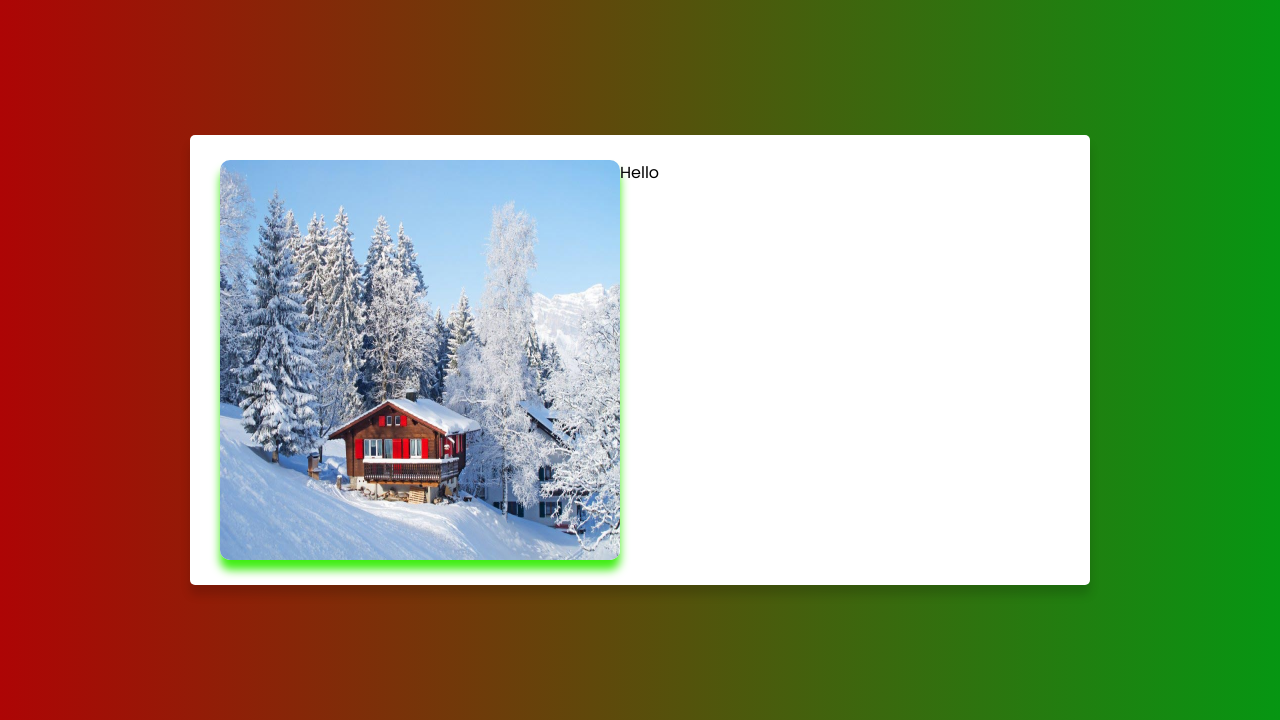
Repository: dev-ashik/Halloween
Page: Reg Page/Index.html
These files come from the project's save history. The page is drawn as it stood at one moment and after the next save; the edit follows.
The browser window is 1280 px wide. The pictures show the whole page.

Above is the page before, as saved 2021-12-21 21:51:50.

### Reg Page/Index.html
<!DOCTYPE html>
<html lang="en">

<head>
    <meta charset="UTF-8">
    <meta http-equiv="X-UA-Compatible" content="IE=edge">
    <meta name="viewport" content="width=device-width, initial-scale=1.0">
    <title>Regristration page</title>
    <link rel="stylesheet" href="CSS/main.css">
</head>

<body>
    <div class="con">
        <div class="bann">
            <img src="IMG/banner.jpg" alt="">
        </div>
        <div class="form">Hello</div>
    </div>
</body>
<script src="JS/main.js"></script>

</html>

### Reg Page/CSS/main.css
@import url('https://fonts.googleapis.com/css2?family=Poppins:wght@200;300;400;500;600;700&display=swap');
@import url('https://fonts.googleapis.com/css2?family=Poppins:wght@200;300;400;500;600;700&display=swap');
* {
    margin: 0;
    padding: 0;
    box-sizing: border-box;
    font-family: 'Poppins', sans-serif;
}

html,
body {
    display: grid;
    height: 100vh;
    width: 100%;
    place-items: center;
    background: linear-gradient(to right, #ad0505 0%, #069612 100%);
}

::selection {
    background: #ff80bf;
}

.con {
    background: #fff;
    max-width: 900px;
    width: 100%;
    padding: 25px 30px;
    border-radius: 5px;
    box-shadow: 0 10px 10px rgba(0, 0, 0, 0.15);
}

.con .bann img {
    float: left;
    width: 400px;
    height: 400px;
    border-radius: 10px;
    box-shadow: 0 10px 10px #40ee14;
}

Loaded but not shown: Reg Page/JS/main.js (no stored copy; drawn as an empty file)

After the next save:
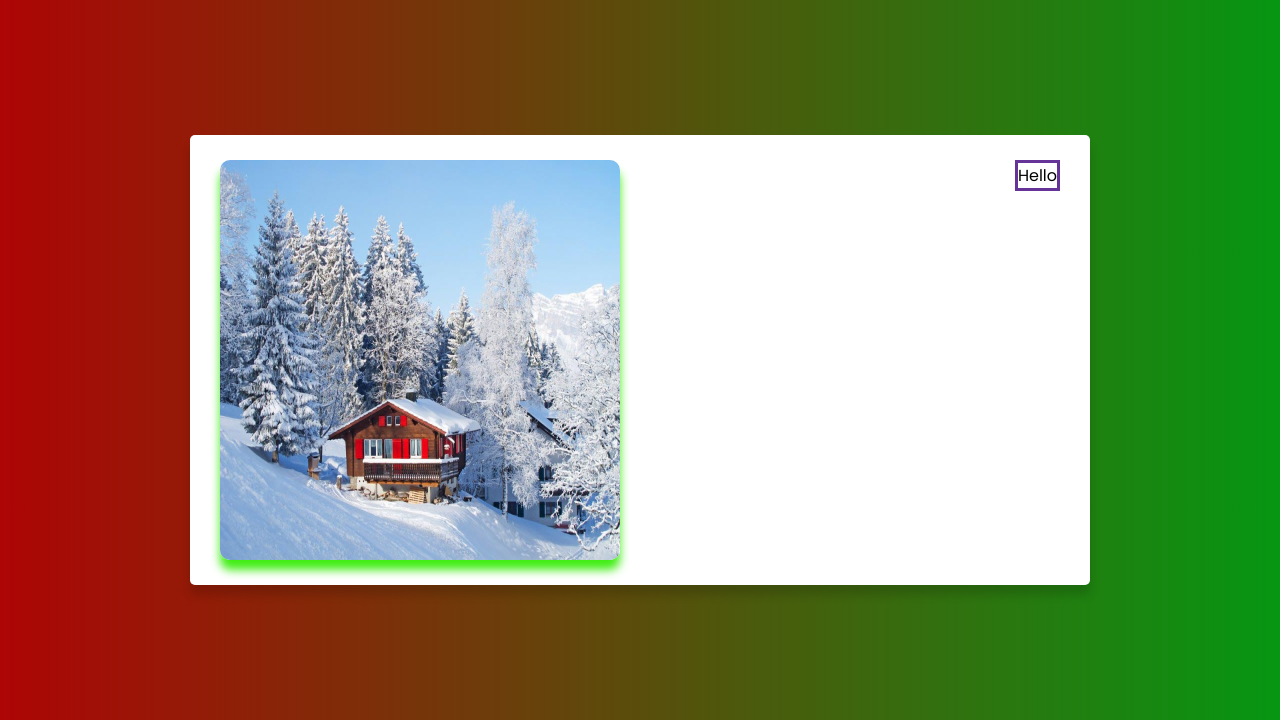
Saved 26 s later.
--- a/Reg Page/CSS/main.css
+++ b/Reg Page/CSS/main.css
@@ -36,3 +36,8 @@ body {
     border-radius: 10px;
     box-shadow: 0 10px 10px #40ee14;
 }
+
+.con .form {
+    float: right;
+    border: 3px solid rebeccapurple;
+}
